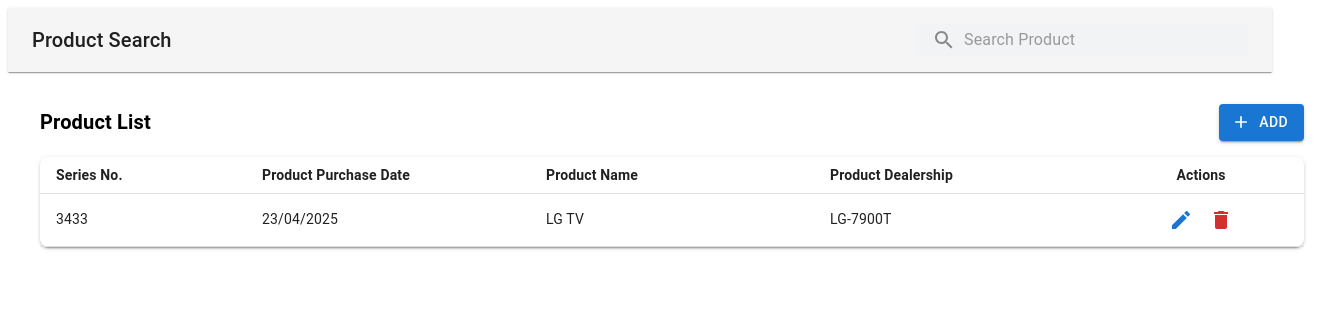
Repository: Sharathguru/Product_Task
Page: / (app in Frontend/)
These files come from the project's save history. The page is drawn as it stood at one moment and after the next save; the edit follows.
The browser window is 1280 px wide. The page is 1336 px wide, then 1280 px, so the pictures cover 1336 px, including what lies to the right of the window. The pictures show the whole page.
The project was rebuilt for these pictures with package versions that can differ from the ones it lists, and the page was loaded fresh each time. Requests to the local data server were answered from the project's data file. Also part of the build but not shown: Frontend/vite.config.js, Frontend/src/index.css, Frontend/src/Pages/product.js, Frontend/src/Pages/Insert.jsx, Frontend/src/Pages/Update.jsx, Frontend/src/Pages/Delete.jsx.

Above is the page before, as saved 2025-06-13 16:18:32.

### Frontend/src/App.jsx
import React from 'react'
import { BrowserRouter, Route, Routes } from 'react-router-dom'
import { ToastContainer } from 'react-toastify';
import 'react-toastify/dist/ReactToastify.css';
import Home from './Components/Home'
import Insert from './Pages/Insert'
import Update from './Pages/Update'
import Fetch from './Pages/Fetch'
import Delete from './Pages/Delete'

const App = () => {
  return (
    <>
      <ToastContainer position="top-right" autoClose={2000} />
      <BrowserRouter>
      <Routes>
        <Route path="/" element={<Home />} />
        <Route path="/insert" element={<Insert />} />
        <Route path="/update" element={<Update />} />
        <Route path="/fetch" element={<Fetch />} />
        <Route path="/delete" element={<Delete />} />
      </Routes>
        {/* <Route path="*" element={<h1>404 Not Found</h1>} /> */}
      </BrowserRouter>
    </>
  )
}

export default App

### Frontend/src/Components/Home.jsx
import React from "react";
import Navbar from "./Navbar";
import Fetch from "../Pages/Fetch";

const Home = () => {
  const [search, setSearch] = React.useState("");

  return (
    <div>
      <Navbar search={search} setSearch={setSearch} />
      <Fetch search={search} />
    </div>
  );
};

export default Home;

### Frontend/src/Pages/Fetch.jsx
import React from "react";
import axios from "../axios/axios.js";
import { useNavigate } from "react-router-dom";
import DeleteIcon from "@mui/icons-material/Delete";
import EditIcon from "@mui/icons-material/Edit";
import AddIcon from "@mui/icons-material/Add";
import Table from "@mui/material/Table";
import TableBody from "@mui/material/TableBody";
import TableCell from "@mui/material/TableCell";
import TableContainer from "@mui/material/TableContainer";
import TableHead from "@mui/material/TableHead";
import TableRow from "@mui/material/TableRow";
import Paper from "@mui/material/Paper";
import IconButton from "@mui/material/IconButton";
import Box from "@mui/material/Box";
import Button from "@mui/material/Button";
import { toast } from "react-toastify";
import { Typography, Grid } from "@mui/material";

const Fetch = ({ search }) => {
  const [products, setProducts] = React.useState([]);
  const [error, setError] = React.useState("");
  const navigate = useNavigate();

  const fetchData = async () => {
    try {
      const res = await axios.get("/products");
      setProducts(res.data);
    } catch (err) {
      setError("Failed to fetch data.");
    }
  };

  React.useEffect(() => {
    fetchData();
  }, []);

  const handleDelete = async (seriesNo) => {
    if (!window.confirm("Are you sure you want to delete this product?")) return;
    try {
      await axios.delete(`/user/${seriesNo}`);
      setProducts(products.filter((item) => item.Series_No !== seriesNo));
      toast.success("Product deleted successfully!");
    } catch {
      toast.error("Delete failed.");
    }
  };

  const handleEdit = (seriesNo) => {
    navigate(`/update`, { state: { seriesNo } });
  };

  const handleAdd = () => {
    navigate("/insert");
  };

  const filteredProducts = products.filter((item) =>
    Object.values(item)
      .join(" ")
      .toLowerCase()
      .includes(search.toLowerCase())
  );

  return (
    <Box sx={{ p: { xs: 2, md: 4 }, width: "100%" }}>
      <Grid container spacing={2} alignItems="center" justifyContent="space-between" sx={{ mb: 2 }}>
        <Grid item>
          <Typography variant="h6" fontWeight="bold">Product List</Typography>
        </Grid>
        <Grid item>
          <Button
            variant="contained"
            color="primary"
            startIcon={<AddIcon />}
            onClick={handleAdd}
          >
            Add
          </Button>
        </Grid>
      </Grid>

      <TableContainer
        component={Paper}
        sx={{
          width: "100%",
          overflowX: { xs: "auto", md: "visible" },
          boxShadow: 2,
          borderRadius: 2,
        }}
      >
        <Table size="small" aria-label="responsive table">
          <TableHead>
            <TableRow>
              <TableCell sx={{ minWidth: 100, fontWeight: "bold" }}>Series No.</TableCell>
              <TableCell sx={{ minWidth: 150, fontWeight: "bold" }}>Product Purchase Date</TableCell>
              <TableCell sx={{ minWidth: 150, fontWeight: "bold" }}>Product Name</TableCell>
              <TableCell sx={{ minWidth: 150, fontWeight: "bold" }}>Product Dealership</TableCell>
              <TableCell sx={{ minWidth: 100, fontWeight: "bold" }} align="center">Actions</TableCell>
            </TableRow>
          </TableHead>
          <TableBody>
            {filteredProducts.map((item, idx) => (
              <TableRow key={item.Series_No + idx}>
                <TableCell>{item.Series_No}</TableCell>
                <TableCell>
                  {item.Product_Purchase_Date &&
                    !isNaN(new Date(item.Product_Purchase_Date)) &&
                    new Date(item.Product_Purchase_Date).toLocaleDateString("en-GB")}
                </TableCell>
                <TableCell>{item.Product_Name}</TableCell>
                <TableCell>{item.Product_Dealership}</TableCell>
                <TableCell align="center">
                  <IconButton
                    color="primary"
                    onClick={() => handleEdit(item.Series_No)}
                  >
                    <EditIcon />
                  </IconButton>
                  <IconButton
                    color="error"
                    onClick={() => handleDelete(item.Series_No)}
                  >
                    <DeleteIcon />
                  </IconButton>
                </TableCell>
              </TableRow>
            ))}
            {filteredProducts.length === 0 && (
              <TableRow>
                <TableCell colSpan={5} align="center">
                  No products found.
                </TableCell>
              </TableRow>
            )}
          </TableBody>
        </Table>
      </TableContainer>
      {error && <Typography color="error" mt={2}>{error}</Typography>}
    </Box>
  );
};

export default Fetch;

### Frontend/src/Components/Navbar.jsx
import React from "react";
import AppBar from "@mui/material/AppBar";
import Toolbar from "@mui/material/Toolbar";
import Typography from "@mui/material/Typography";
import Box from "@mui/material/Box";
import InputBase from "@mui/material/InputBase";
import SearchIcon from "@mui/icons-material/Search";

const Navbar = ({ search, setSearch }) => {
  return (
    <AppBar position="static"  color="default" elevation={1}>
      <Toolbar>
        <Box sx={{ display: "flex", alignItems: "center", flexGrow: 1 }}>
          <Typography variant="h6" color="inherit" noWrap>
            Product Search
          </Typography>
        </Box>
        <Box
          sx={{
            position: "relative",
            borderRadius: 1,
            backgroundColor: "#f1f3f4",
            marginLeft: 0,
            width: 300,
            display: "flex",
            alignItems: "center",
            px: 2,
          }}
        >
          <SearchIcon sx={{ color: "#888", mr: 1 }} />
          <InputBase
            placeholder="Search Product"
            inputProps={{ "aria-label": "search" }}
            fullWidth
            value={search}
            onChange={(e) => setSearch(e.target.value)}
          />
        </Box>
      </Toolbar>
    </AppBar>
  );
};

export default Navbar;

### Frontend/src/axios/axios.js
import axios from 'axios'

const instance = axios.create({
    baseURL: 'http://localhost:3000'
})
export default instance

### Frontend/backend/db.json
{
  "products": [
    {
      "id": "bf44",
      "Series_No": "3433",
      "Product_Purchase_Date": "2025-04-23",
      "Product_Name": "LG TV",
      "Product_Dealership": "LG-7900T"
    }
  ]
}

Loaded but not shown: Frontend/index.html (common file); Frontend/src/main.jsx (common file)

After the next save:
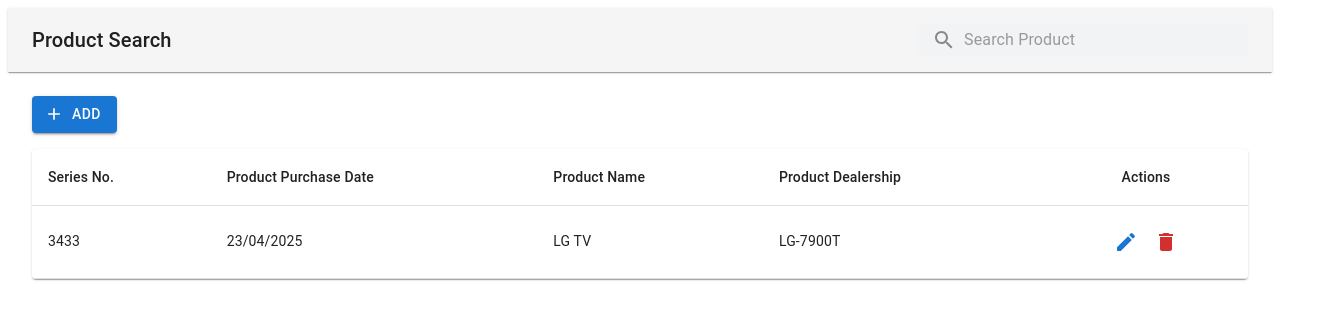
Saved 6 s later.
--- a/Frontend/src/Pages/Fetch.jsx
+++ b/Frontend/src/Pages/Fetch.jsx
@@ -12,10 +12,11 @@ import TableHead from "@mui/material/TableHead";
 import TableRow from "@mui/material/TableRow";
 import Paper from "@mui/material/Paper";
 import IconButton from "@mui/material/IconButton";
+import InputBase from "@mui/material/InputBase";
 import Box from "@mui/material/Box";
+import SearchIcon from "@mui/icons-material/Search";
 import Button from "@mui/material/Button";
 import { toast } from "react-toastify";
-import { Typography, Grid } from "@mui/material";
 
 const Fetch = ({ search }) => {
   const [products, setProducts] = React.useState([]);
@@ -62,40 +63,47 @@ const Fetch = ({ search }) => {
   );
 
   return (
-    <Box sx={{ p: { xs: 2, md: 4 }, width: "100%" }}>
-      <Grid container spacing={2} alignItems="center" justifyContent="space-between" sx={{ mb: 2 }}>
-        <Grid item>
-          <Typography variant="h6" fontWeight="bold">Product List</Typography>
-        </Grid>
-        <Grid item>
-          <Button
-            variant="contained"
-            color="primary"
-            startIcon={<AddIcon />}
-            onClick={handleAdd}
-          >
-            Add
-          </Button>
-        </Grid>
-      </Grid>
-
-      <TableContainer
-        component={Paper}
-        sx={{
-          width: "100%",
-          overflowX: { xs: "auto", md: "visible" },
-          boxShadow: 2,
-          borderRadius: 2,
-        }}
-      >
-        <Table size="small" aria-label="responsive table">
+    <Box sx={{ p: 3 }}>
+      <Box sx={{ display: "flex", alignItems: "center", mb: 2 }}>
+        <Button
+          variant="contained"
+          color="primary"
+          startIcon={<AddIcon />}
+          onClick={handleAdd}
+          sx={{ mr: 2 }}
+        >
+          Add
+        </Button>
+        {/* <Paper
+          component="form"
+          sx={{
+            p: "2px 4px",
+            display: "flex",
+            alignItems: "center",
+            width: 350,
+            borderRadius: 2,
+            boxShadow: 1,
+          }}
+        >
+          <SearchIcon sx={{ ml: 1, mr: 1 }} />
+          <InputBase
+            sx={{ ml: 1, flex: 1 }}
+            placeholder="Search Product"
+            inputProps={{ "aria-label": "search product" }}
+            value={search}
+            onChange={(e) => setSearch(e.target.value)}
+          />
+        </Paper> */}
+      </Box>
+      <TableContainer component={Paper}>
+        <Table sx={{pr:-30}}>
           <TableHead>
             <TableRow>
-              <TableCell sx={{ minWidth: 100, fontWeight: "bold" }}>Series No.</TableCell>
-              <TableCell sx={{ minWidth: 150, fontWeight: "bold" }}>Product Purchase Date</TableCell>
-              <TableCell sx={{ minWidth: 150, fontWeight: "bold" }}>Product Name</TableCell>
-              <TableCell sx={{ minWidth: 150, fontWeight: "bold" }}>Product Dealership</TableCell>
-              <TableCell sx={{ minWidth: 100, fontWeight: "bold" }} align="center">Actions</TableCell>
+              <TableCell>Series No.</TableCell>
+              <TableCell>Product Purchase Date</TableCell>
+              <TableCell>Product Name</TableCell>
+              <TableCell>Product Dealership</TableCell>
+              <TableCell align="center">Actions</TableCell>
             </TableRow>
           </TableHead>
           <TableBody>
@@ -135,7 +143,7 @@ const Fetch = ({ search }) => {
           </TableBody>
         </Table>
       </TableContainer>
-      {error && <Typography color="error" mt={2}>{error}</Typography>}
+      {error && <p style={{ color: "red" }}>{error}</p>}
     </Box>
   );
 };
